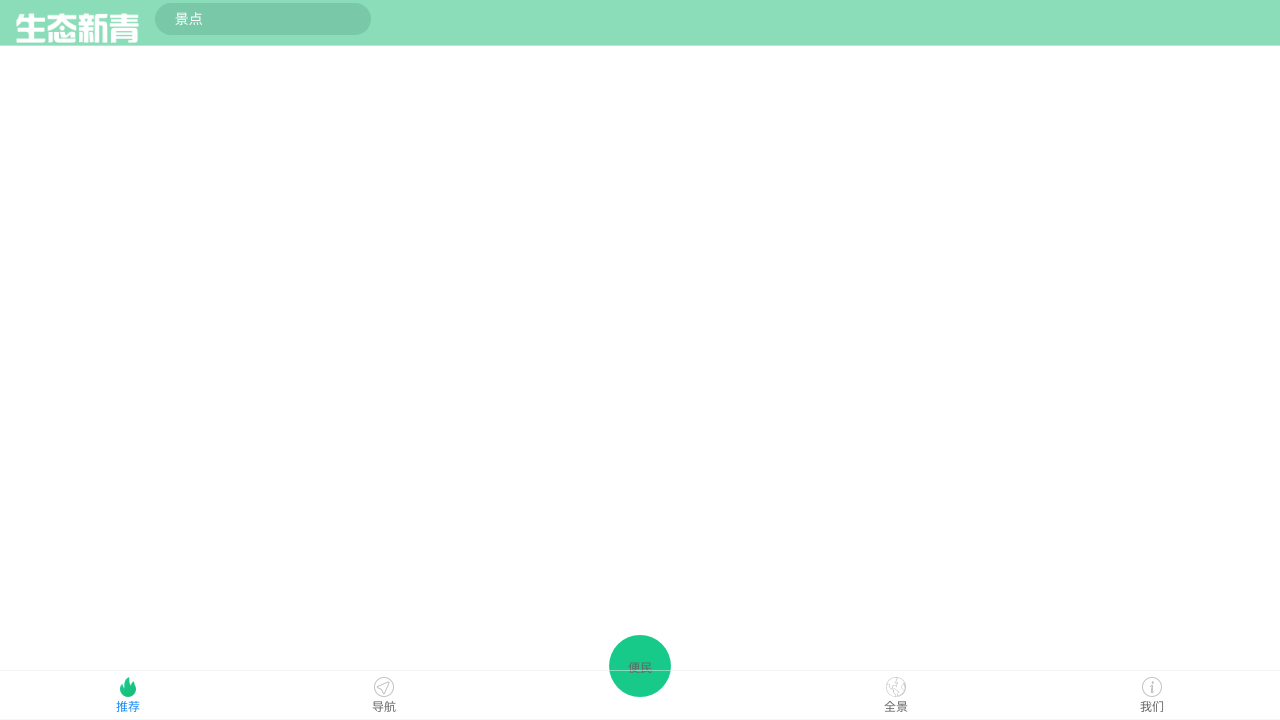
Repository: huye123/stcq
Page: /
An editor plug-in stored every save of this project. The page is shown before and after the next save, followed by the edit.
The browser window is 1280 px wide. The pictures show the whole page.
The project was rebuilt for these pictures with package versions that can differ from the ones it lists, and the page was loaded fresh each time. Also part of the build but not shown: src/components/search.vue.

Above is the page before, as saved 2019-06-28 16:41:35.

After the next save:
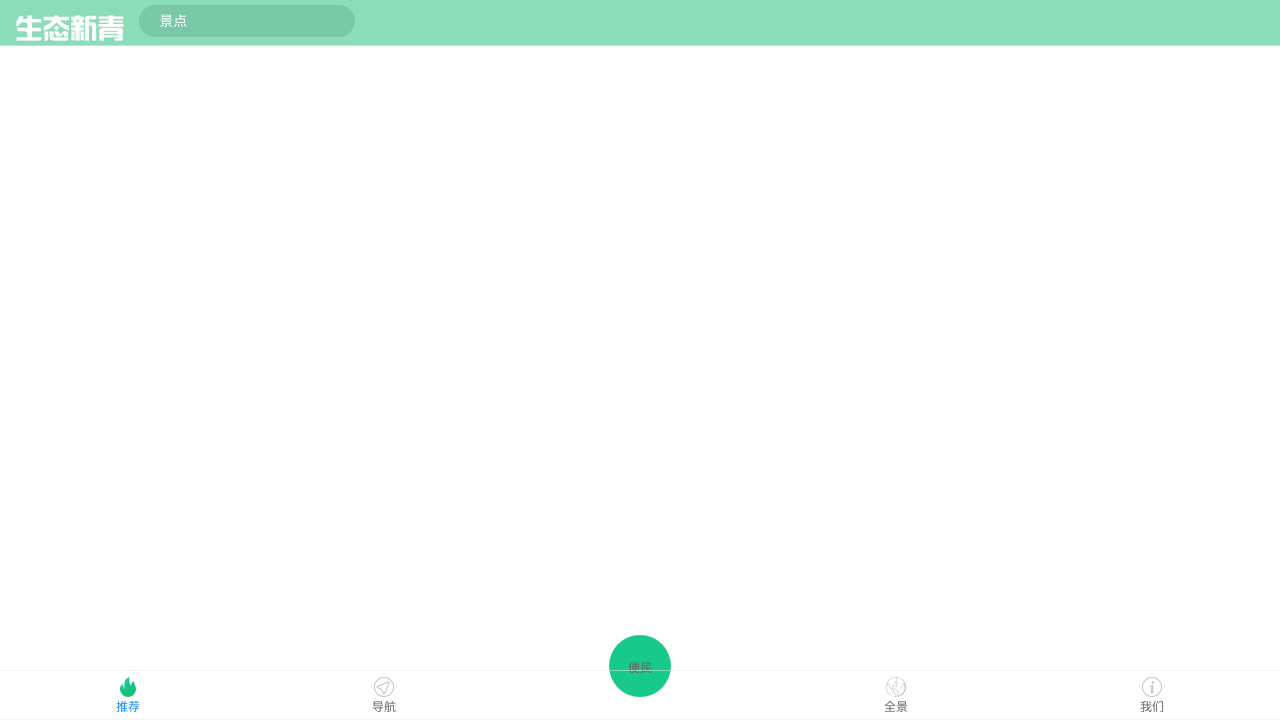
Saved 6 min 32 s later.
--- a/src/components/HelloWorld.vue
+++ b/src/components/HelloWorld.vue
@@ -3,7 +3,7 @@
     <van-nav-bar fixed class="index">
       <div slot="left">
         <!-- <span class="title">生态新青</span> -->
-        <van-col span="8" class="logo">
+        <van-col span="7" class="logo">
           <img src="../../static/image/logo.png" alt="">
         </van-col>
         <router-link :to="{ name: '搜索'}">
